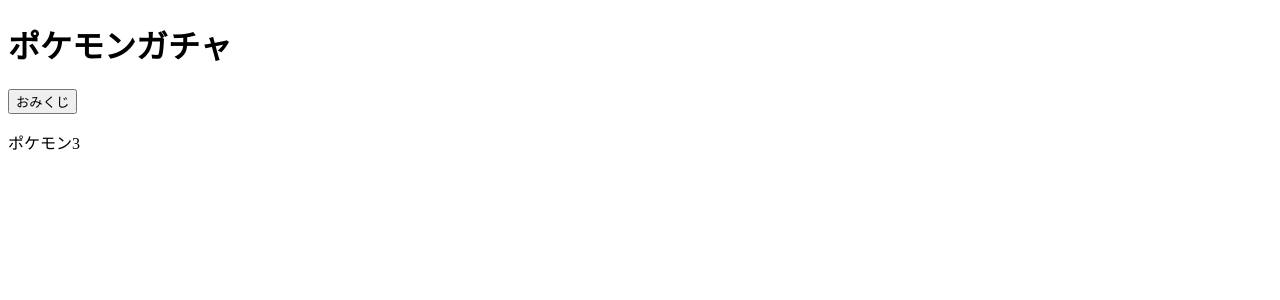
Repository: KustomApe/ksie
Page: index.html
The author's editor kept a copy of each file at every save. The page is drawn from the files as they stood at one save, then again after the next save.
The browser window is 1280 px wide. The pictures show the whole page.
After loading, the first visible `input` was clicked once.

Above is the page before, as saved 2020-11-22 11:41:08.

After the next save:
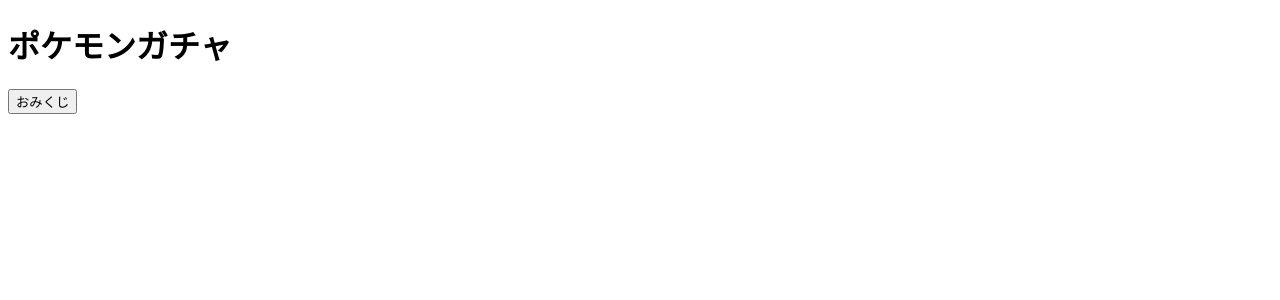
Console error: ReferenceError: rand is not defined
Saved 21 s later.
--- a/assets/js/omikuji.js
+++ b/assets/js/omikuji.js
@@ -3,8 +3,10 @@
     randomnum = Math.floor(Math.random()*100);
     console.log(randomnum)
     elect = 'ポケモン1'
-    if (1< randomnum < 5) elect = 'ポケモン2';
-    if(5 < randomnum < 10) elect = 'ポケモン3';
+    if (rand > 9) msg = "中吉"; //10～29（20%）
+	if (rand > 29) msg = "吉"; //30～69（40%）
+	if (rand > 69) msg = "凶"; //70～89（20%）
+	if (rand > 89) msg = "大凶"; //90～99（10%）
     console.log(elect);
     para = document.getElementById('pokemon_elect');
     para.innerHTML = elect;

After the 6 saves that followed:
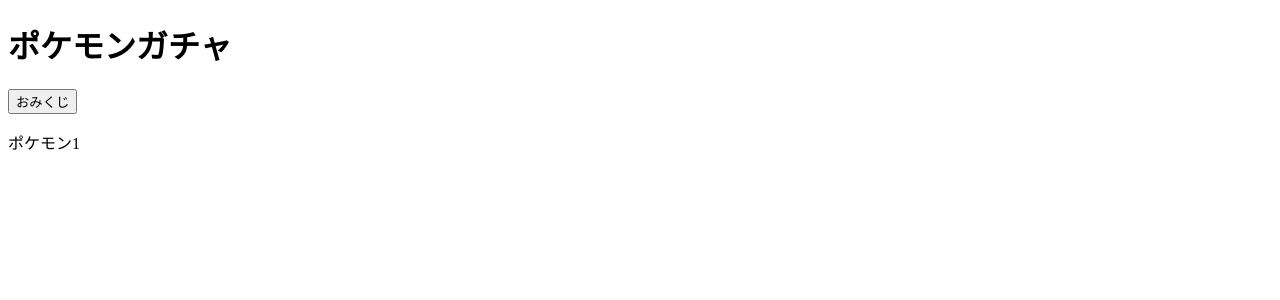
The error is gone.
The 6 saves are shown as one change because 5 left the picture as it was.
The last was saved 71 s later.
--- a/assets/js/omikuji.js
+++ b/assets/js/omikuji.js
@@ -1,12 +1,12 @@
 function omikuji() {
-    pokemon = new Array('ポケモン1', 'ポケモン2', 'ポケモン3');
-    randomnum = Math.floor(Math.random()*100);
-    console.log(randomnum)
+    pokemon = new Array('ポケモン1', 'ポケモン2', 'ポケモン3', 'ポケモン4', 'ポケモン5');
+    rand = Math.floor(Math.random()*100);
+    console.log(rand)
     elect = 'ポケモン1'
-    if (rand > 9) msg = "中吉"; //10～29（20%）
-	if (rand > 29) msg = "吉"; //30～69（40%）
-	if (rand > 69) msg = "凶"; //70～89（20%）
-	if (rand > 89) msg = "大凶"; //90～99（10%）
+    if (rand > 9) msg = "ポケモン2"; //10～29（20%）
+	if (rand > 29) msg = "ポケモン3"; //30～69（40%）
+	if (rand > 69) msg = "ポケモン4"; //70～89（20%）
+	if (rand > 89) msg = "ポケモン5"; //90～99（10%）
     console.log(elect);
     para = document.getElementById('pokemon_elect');
     para.innerHTML = elect;
